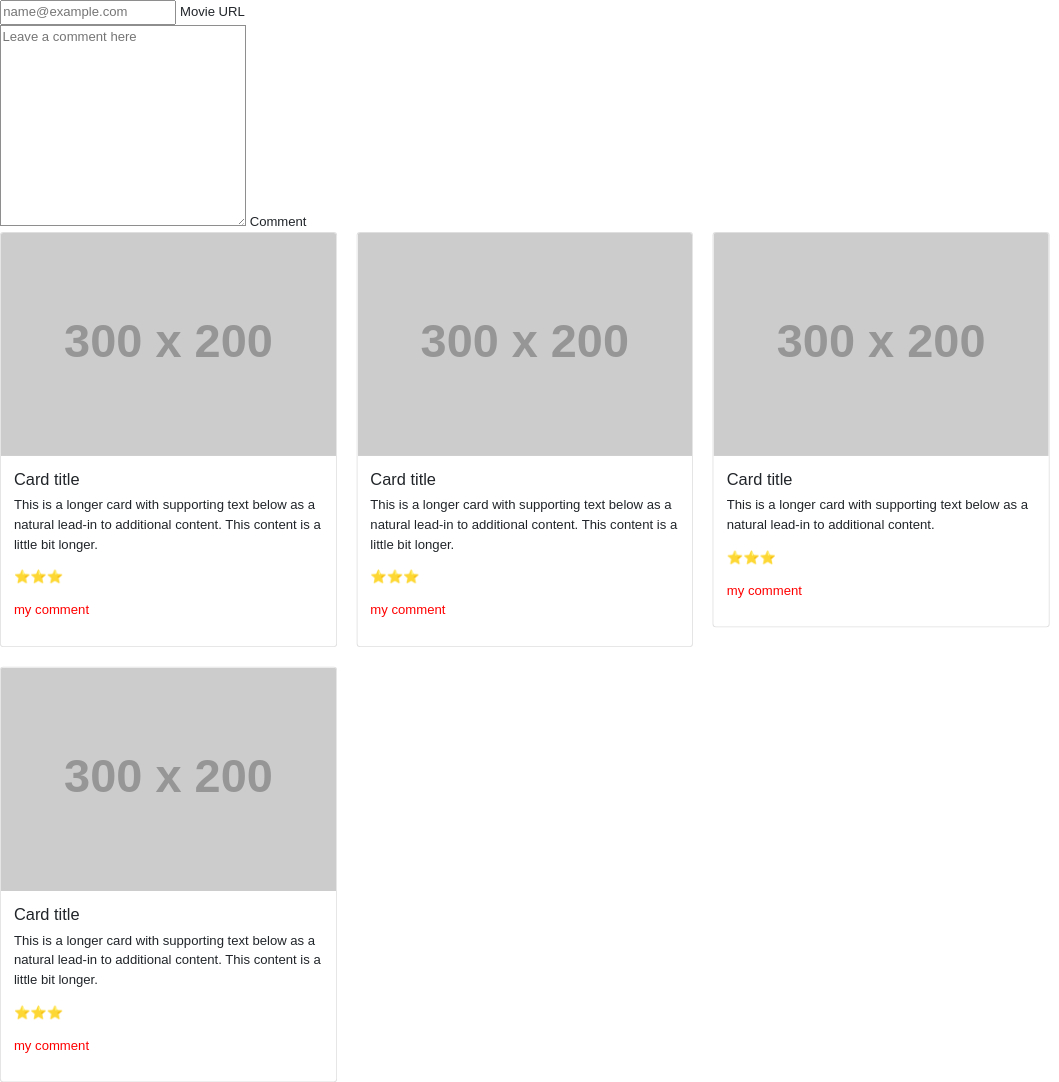
Repository: sinayaka-body/sparta
Page: frontend/bootstrap.html
These files come from the project's save history. The page is drawn as it stood at one moment and after the next save; the edit follows.
The browser window is 1280 px wide. The page is 1292 px wide, so the pictures cover 1292 px, including what lies to the right of the window. The pictures show the part of the page from y = 250 to 1608 px (the page is 1570 px tall before and 1608 px after), at 82% of full size.
Some web fonts or font styles are not loaded; a fallback is used.

Above is the page before, as saved 2023-04-15 16:31:47.

After the next save:
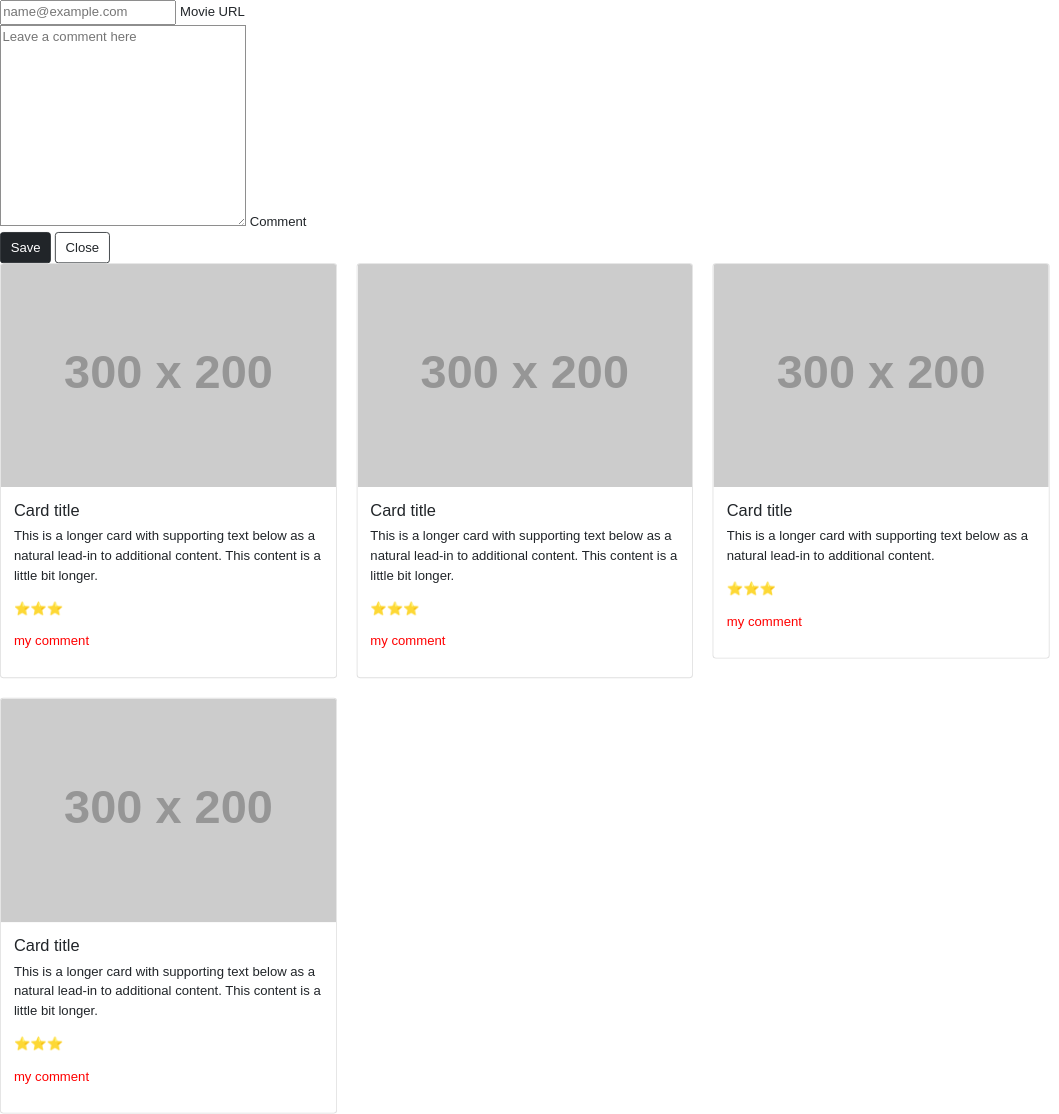
Saved 30 s later.
--- a/frontend/bootstrap.html
+++ b/frontend/bootstrap.html
@@ -67,7 +67,10 @@
         <textarea placeholder="Leave a comment here" name="" id="" cols="30" rows="10"></textarea>
         <label for="floatingTextarea2">Comment</label>
       </div>
-      <div class="review_post_btn"></div>
+      <div class="review_post_btn">
+        <button type="button" class="btn btn-dark">Save</button>
+        <button type="button" class="btn btn-outline-dark">Close</button>
+      </div>
     </div>
 
     <div class="row row-cols-1 row-cols-md-3 g-4">
